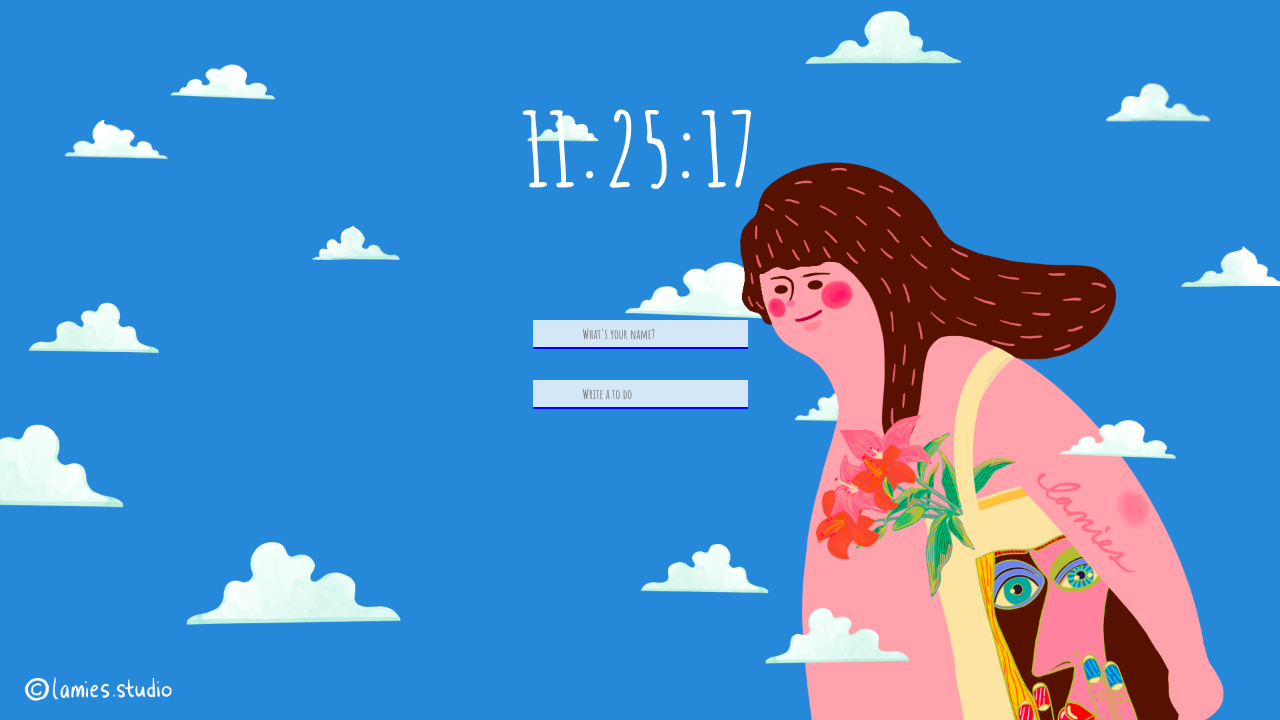
Repository: haleyjung/chrome_app
Page: index.html
These files come from the project's save history. The page is drawn as it stood at one moment and after the next save; the edit follows.
The browser window is 1280 px wide. The pictures show the whole page.

Above is the page before, as saved 2020-11-23 15:50:54.

### index.html
<!DOCTYPE html>
<html lang="en">
<head>
    <meta charset="UTF-8" />
    <meta name="viewport" content="width=device-width, initial-scale=1.0">
    <title>Chrome App</title>
    <link rel="stylesheet" href="index.css">
</head>
<body>

    <div class="js-clock">
        <h1>00:00</h1>
    </div>
    <div>
        <span class="js-weather"></span>
    </div>

    <div class="js-name name"></div>

    <div>
        <form class="js-form form">
            <input type="text" placeholder="What's your name?" />
        </form>
    </div>

    <h4 class="js-greetings greetings"></h4>

    <form class="js-toDoForm">
        <input type="text" placeholder="Write a to do" />
    </form>
    <ul class="js-toDoList">
    </ul>

    <script src="js/clock.js"></script>
    <script src="js/greeting.js"></script>
    <script src="js/todo.js"></script>
    <script src="js/bg.js"></script>
    <script src="js/weather.js"></script>
</body>

### index.css
@import url("https://fonts.googleapis.com/css2?family=Amatic+SC:wght@400;700&display=swap");

* {
  font-family: "Amatic SC", cursive;
  font-weight: 700;
}

body {
  background-color: palevioletred;
  color: white;
  display: flex;
  flex-direction: column;
  justify-content: center;
  align-items: center;
  font-size: 20px;
}

div {
  padding: 10px;
}

.js-clock {
  display: flex;
  justify-content: center;
  align-items: center;
  font-size: 50px;
}

.js-form,
.js-toDoForm {
  background-color: none;
}

.btn {
  cursor: pointer;
}

input {
  border: none;
  outline: none;
  border-bottom: 2px solid blue;
  background-color: rgba(255, 255, 255, 0.8);
  padding: 5px 50px;
}

.form,
.greetings {
  display: none;
}

.showing {
  display: block;
}

@keyframes fadeIn {
  from {
    opacity: 0;
  }
  to {
    opacity: 1;
  }
}

.bgImage {
  position: absolute;
  top: 0;
  left: 0;
  width: 100%;
  height: 100%;
  z-index: -1;
  animation: fadeIn 0.5s linear;
}

### js/clock.js
const clockContainer = document.querySelector(".js-clock"),
    clockTitle = clockContainer.querySelector("h1");

function getTime() {
    const date = new Date();
    const minutes = date.getMinutes();
    const hours = date.getHours();
    const seconds = date.getSeconds();
    clockTitle.innerText = `${hours < 10 ? `0${hours}` : hours}:${
        minutes < 10 ? `0${minutes}` : minutes
    }:${seconds < 10 ? `0${seconds}` : seconds}`;
}

function init() {
    getTime();
    setInterval(getTime, 1000);
}

init();

### js/greeting.js
const nameContainer = document.querySelector(".js-name");

function paintName(name) {
    nameContainer.innerHTML = "";
    const title = document.createElement("span");
    title.className = "name__text";
    title.innerHTML = `Hello ${name}`;
    nameContainer.appendChild(title);
}

function handleSubmit(event) {
    event.preventDefault();
    const form = event.target;
    const input = form.querySelector("input");
    const value = input.value;
    localStorage.setItem("username", value);
    paintName(value);
}

function paintInput() {
    const input = document.createElement("input");
  input.placeholder = "What's your name?";
  input.type = "text";
  input.className = "name__input";
  const form = document.createElement("form");
  form.addEventListener("submit", handleSubmit);
  form.appendChild(input);
  nameContainer.appendChild(form);
}

function loadName(){
    const name = localStorage.getItem("username");
  if (name === null) {
    paintInput();
  } else {
    paintName(name);
  }
}

function init() {
    loadName();
}

init();

### js/todo.js
const toDoForm = document.querySelector(".js-toDoForm"),
    toDoInput = toDoForm.querySelector("input"),
    toDoList = document.querySelector(".js-toDoList");

const TODOS_LS = 'toDos';

let toDos = [];

function deleteToDo(event){
    const btn = event.target;
    const li = btn.parentNode;
    toDoList.removeChild(li);
    const cleanToDos = toDos.filter(function(toDo){
        return toDo.id !== parseInt(li.id);
    });
    toDos = cleanToDos
    saveToDos();
}

function saveToDos(){
    localStorage.setItem(TODOS_LS, JSON.stringify(toDos));
}

function paintToDo(text){
    const li = document.createElement("li");
    const delBtn = document.createElement("button");
    const span = document.createElement("span");
    const newId = toDos.length + 1;
    delBtn.innerText = "❌";
    delBtn.addEventListener("click", deleteToDo);
    span.innerText = text;
    li.appendChild(delBtn);
    li.appendChild(span);
    li.id = newId;
    toDoList.appendChild(li);
    const toDoObj = {
        text: text,
        id: newId
    };
    toDos.push(toDoObj);
    saveToDos();
}

function handleSubmit(event){
    event.preventDefault();
    const currentValue = toDoInput.value;
    paintToDo(currentValue);
    toDoInput.value = "";
}

function loadToDos() {
    const loadedToDos = localStorage.getItem(TODOS_LS);
    if(loadedToDos !== null){
        const parsedToDos = JSON.parse(loadedToDos);
        parsedToDos.forEach(function(toDo){
            paintToDo(toDo.text);
        });
    }
}

function init() {
    loadToDos();
    toDoForm.addEventListener("submit", handleSubmit)
}

init();

### js/bg.js
const body = document.querySelector("body");

const IMG_NUMBER = 4;

// If loading images from API, include the functions in these comments:
// function handleImgLoad(){
//     console.log('finished loading');
// }

function paintImage(imgNumber){
    const image = new Image();
    image.src = `/img/lamiesstudio-${imgNumber + 1}.png`;
    image.classList.add('bgImage');
    body.prepend(image);
    // image.addEventListener("loadend", handleImgLoad);
}

function genRandom(){
    const number = Math.floor(Math.random() * IMG_NUMBER);
    return number;
}

function init(){
    const randomNumber = genRandom();
    paintImage(randomNumber)
}

init();

### js/weather.js
const weather = document.querySelector(".js-weather");

const API_KEY = "1706261ffc689a5d0ffe73f0d2f8a925";
const COORDS = "coords";

function getWeather(lat, lng){
    fetch(`https://api.openweathermap.org/data/2.5/weather?lat=${lat}&lon=${lng}&appid=${API_KEY}&units=metric`
    ).then(function(response){
        return response.json();
    })
        .then(function(json){
        const temperature = json.main.temp;
        const place = json.name;
        weather.innerText = `${temperature} @ ${place}`;
    });
}

function saveCoords(coordsObj){
    localStorage.setItem(COORDS, JSON.stringify(coordsObj));
}

function handleGeoSuccess(position){
    const latitude = position.coords.latitude;
    const longitude = position.coords.longitude;
    const coordsObj = {
        latitude,
        longitude
    };
    saveCoords(coordsObj);
    getWeather(latitude, longitude);
}

function handleGeoError(){
    console.log('Cant access geo location');
}

function askForCoords(){
    navigator.geolocation.getCurrentPosition(handleGeoSuccess, handleGeoError);
}

function loadCoords(){
    const loadedCoords = localStorage.getItem(COORDS);
    if(loadedCoords === null){
        askForCoords();
    } else {
        const parsedCoords = JSON.parse(loadedCoords);
        getWeather(parsedCoords.latitude, parsedCoords.longitude);
    }
}

function init(){
    loadCoords();
}

init();

After the next save:
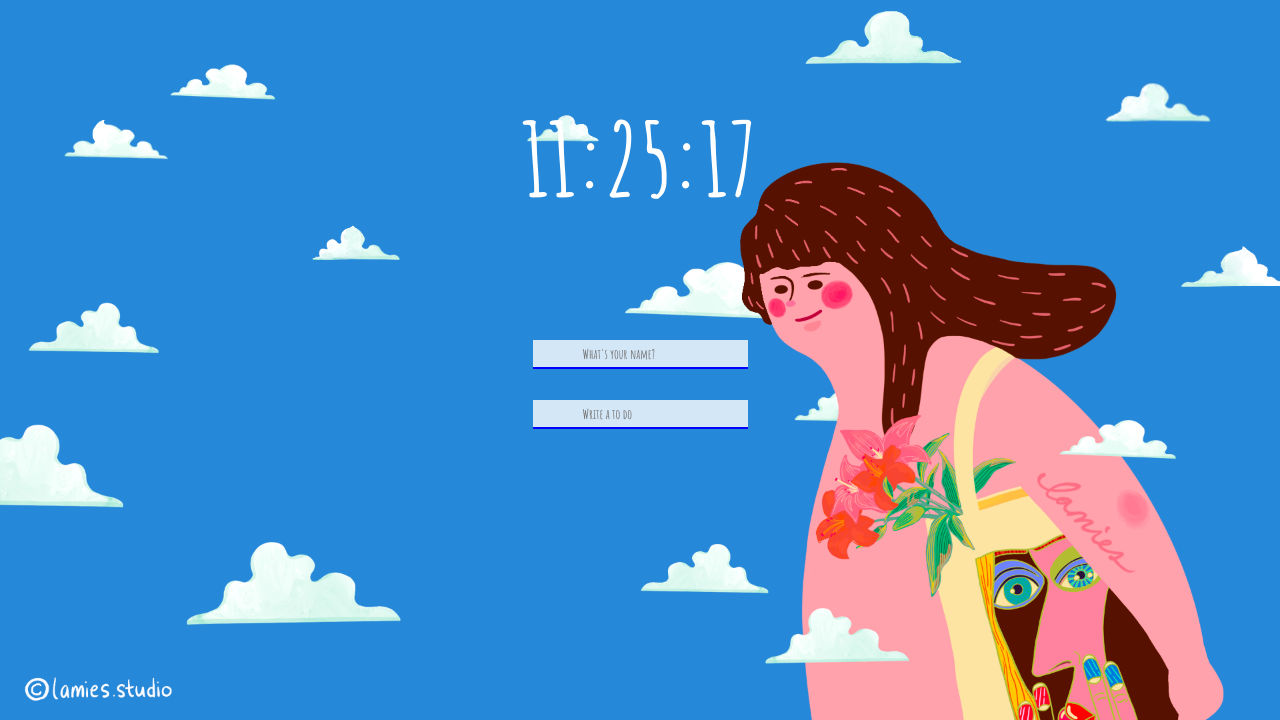
Saved 42 s later.
--- a/index.html
+++ b/index.html
@@ -8,11 +8,13 @@
 </head>
 <body>
 
-    <div class="js-clock">
-        <h1>00:00</h1>
-    </div>
     <div>
-        <span class="js-weather"></span>
+        <div class="js-clock">
+            <h1>00:00</h1>
+        </div>
+        <div>
+            <span class="js-weather"></span>
+        </div>
     </div>
 
     <div class="js-name name"></div>
